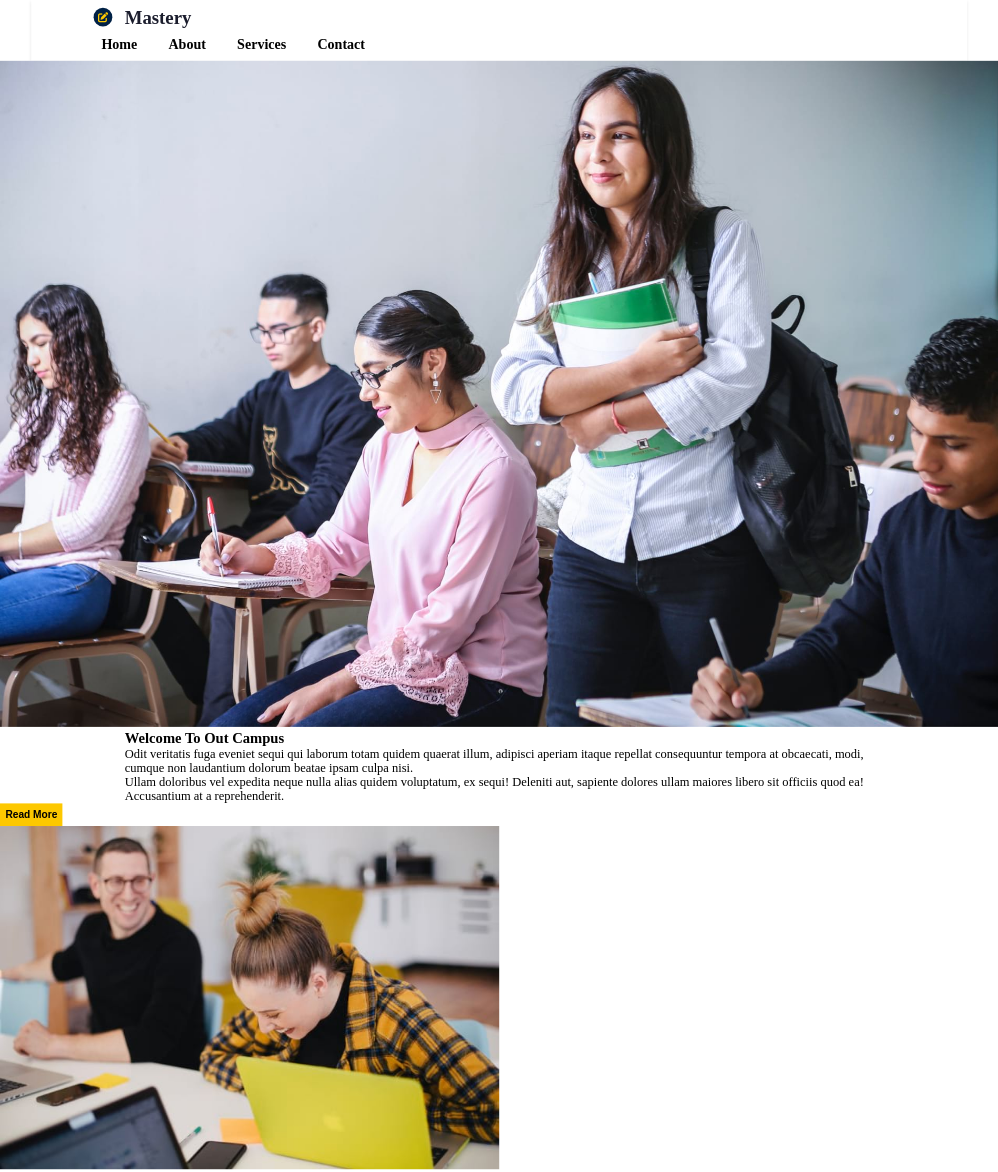
Repository: trminhphuc1504/Mastery
Page: index.html
The author's editor kept a copy of each file at every save. The page is drawn from the files as they stood at one save, then again after the next save.
The browser window is 1280 px wide. The pictures show the whole page, at 78% of full size.
Some web libraries are served in a nearby version.

Above is the page before, as saved 2024-08-22 12:41:40.

After the next save:
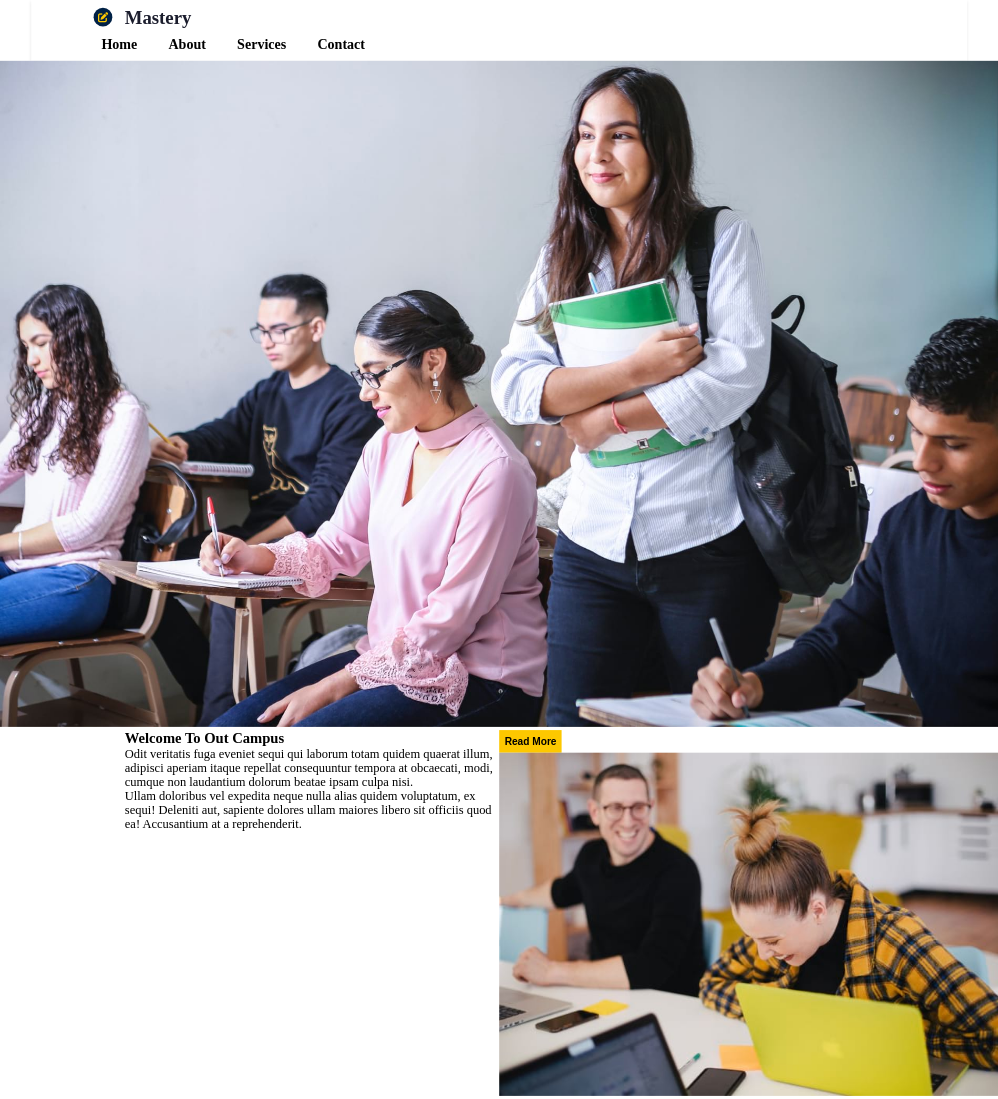
Saved 26 s later.
--- a/css/style.css
+++ b/css/style.css
@@ -87,7 +87,10 @@ header{
     width:75%;
 }
 
-
+#banner .banner-container .banner-item .banner-left{
+    float:left;
+    width:50%;
+}
 
 
 
